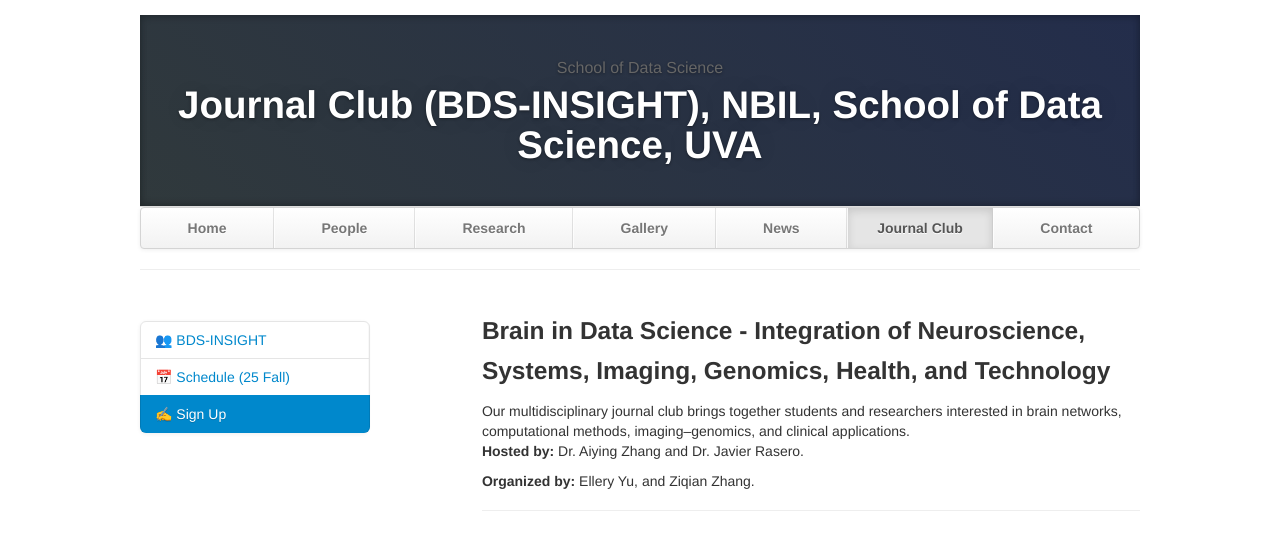
Repository: nbillab/nbillab.io
Page: journalclub.html
The author's editor kept a copy of each file at every save. The page is drawn from the files as they stood at one save, then again after the next save.
The browser window is 1280 px wide. The pictures show the part of the page from y = 0 to 541 px (the page is 1232 px tall before and 1242 px after).
Pictures or frames that could not be fetched are drawn as grey boxes.

Above is the page before, as saved 2025-09-09 12:16:09.

### journalclub.html
<!DOCTYPE html>
<html lang="en">
<head>
  <meta charset="utf-8">
  <title>NBIL Journal Club</title>
  <meta name="viewport" content="width=device-width, initial-scale=1.0">
  <meta name="description" content="INSIGHT READING GROUP, Journal Club, School of Data Science, University of Virginia">
  <meta name="author" content="">
  <!-- Le styles (keeping your Bootstrap 2.x includes) -->
  <link href="css/bootstrap.min.css" rel="stylesheet">
  <link href="css/bootstrap-responsive.min.css" rel="stylesheet">
  <link href="css/theme.css" rel="stylesheet">
  <style>
    /* Simple calendar-like schedule cards */
    .calendar-grid {
      display: grid;
      grid-template-columns: repeat(auto-fill, minmax(260px, 1fr));
      gap: 16px;
    }
    .cal-card {
      border: 1px solid #e5e5e5;
      border-radius: 8px;
      padding: 14px;
      box-shadow: 0 1px 2px rgba(0,0,0,0.05);
      background: #fff;
    }
    .cal-date {
      font-size: 22px;
      font-weight: bold;
      margin-bottom: 6px;
    }
    .cal-dow {
      font-size: 13px;
      text-transform: uppercase;
      letter-spacing: 0.04em;
      color: #666;
      margin-bottom: 8px;
    }
    .cal-time {
      font-size: 14px;
      margin-bottom: 6px;
    }
    .cal-loc {
      font-size: 14px;
      color: #333;
      margin-bottom: 8px;
    }
    .label-note {
      display: inline-block;
      padding: 2px 6px;
      font-size: 12px;
      border-radius: 4px;
      background: #f5f5f5;
      color: #555;
    }
    .hero-title {
      margin-bottom: 6px;
    }
    .lead.tiny {
      font-size: 16px;
      color: #666;
    }
    .ics-box {
      margin: 14px 0 4px;
    }
  </style>
</head>
<body>
  <div class="container">
    <header class="jumbotron subhead" id="overview">
      <p class="lead tiny">School of Data Science</p>
      <h1 class="hero-title">Journal Club (BDS-INSIGHT), NBIL, School of Data Science, UVA</h1>

    </header>

    <div class="masthead">
      <div class="navbar">
        <div class="navbar-inner">
                  <div class="container">
                     <ul class="nav">
                        <li><a href="index.html">Home</a></li>
                        <li><a href="people.html">People</a></li>
                        <li><a href="research.html">Research</a></li>
                        <!-- <li><a href="publications.html"> Publications</a></li> -->
                        <li><a href="gallery.html">Gallery</a></li>
                        <li><a href="news.html">News</a></li>
                        <li class="active"><a href="#">Journal Club</a></li>
                        <li><a href="contact.html">Contact</a></li>
                     </ul>
          </div>
        </div>
      </div>
    </div>

    <hr>

    <div class="row-fluid">
      <div class="span3 bs-docs-sidebar" id="navparent">
        <ul class="nav nav-list bs-docs-sidenav" data-spy="affix" data-offset-top="200" data-offset-bottom="260">
          <li><a href="#people"> 👥 BDS-INSIGHT </a></li>
          <li><a href="#schedule"> 📅 Schedule (25 Fall)</a></li>
          <li><a href="#join"> ✍️ Sign Up</a></li>
        </ul>
      </div>

      <div class="span8 offset1">
                <!-- People -->
        <section id="people">
          <div class="page-header">
            <h3>Brain in Data Science - Integration of Neuroscience, Systems, Imaging, Genomics, Health, and Technology</h3>
            Our multidisciplinary journal club brings together students and researchers interested in brain networks, computational methods, imaging–genomics, and clinical applications.

            <p><strong>Hosted by:</strong> Dr. Aiying Zhang and Dr. Javier Rasero.</p>
            <p><strong>Organized by:</strong> Ellery Yu, and Ziqian Zhang.</p>


          </div>
    </section>
        <!-- Schedule -->
        <section id="schedule">
    <iframe src="https://docs.google.com/spreadsheets/d/e/2PACX-1vSVQB3xoKHrnLygCcXB85U-YM0kHFwavnJdTTo_OR9hw6Fd5q5EcDwEGi-TJyHlpONp1Yk9n-cgc2TP/pubhtml?widget=true&amp;headers=false"width="100%"
    height="300"
    frameborder="0"></iframe>

        </section>

        <!-- Join -->
        <section id="join">
          <div class="page-header">
            <h3>Join</h3>
            <p>If you are intersted to join, please fill out <a href="https://qualtricsxmcvrkftkvw.qualtrics.com/jfe/form/SV_78xxr7nf5ICSLoa">this form</a> to sign up as a presenter or attendee.</p>
          </div>
        </section>

      </div>
    </div>
  </div>

      <footer id="footer">
         <div class="container-fluid">
            <div class="row-fluid">
               <div class="span5">
                  <h3>Contact Information</h3>
                  <p><b>Office Hours: </b>Monday-Friday (8.00am - 5.00pm)</p>
                  <a href="mailto:xsa5db@virginia.edu">Email</a>
               </div>
               <div class="span2">
                  <a href="https://datascience.virginia.edu/"><img src = "images/UVA.png" alt="research-lab-logo"/></a>
               </div>
               <div class="span5">
                  <h3>Address</h3>
                  <p>1919 Ivy Road<br>
                     Charlottesville, VA<br>
                     USA 22902
                  </p>
                  <a href="http://maps.google.com/">Show Map</a>
               </div>
            </div>
         </div>
      </footer>


  <!-- Le javascript
  ================================================== -->
  <script src="js/jquery-1.9.1.min.js"></script>
  <script src="js/bootstrap.min.js"></script>
  <script>
    $(document).ready(function() {
      $(document.body).scrollspy({ target: "#navparent" });
    });
  </script>
</body>
</html>

### css/theme.css
body {
	padding-top: 15px;
	padding-bottom: 0px;
}


/* Custom container */

.container {
	margin: 0 auto;
	max-width: 1000px;
}

.container>hr {
	margin: 20px 0
}


/* Customize the navbar links to be fill the entire space of the .navbar */

.navbar .navbar-inner {
	padding: 0
}

.navbar .nav {
	margin: 0;
	display: table;
	width: 100%;
}

.navbar .nav li {
	display: table-cell;
	width: 1%;
	float: none;
}

.navbar .nav li a {
	font-weight: bold;
	text-align: center;
	border-left: 1px solid rgba(255, 255, 255, .75);
	border-right: 1px solid rgba(0, 0, 0, .1);
}

.navbar .nav li:first-child a {
	border-left: 0;
	border-radius: 3px 0 0 3px;
}

.navbar .nav li:last-child a {
	border-right: 0;
	border-radius: 0 3px 3px 0;
}

body>.navbar {
	font-size: 13px
}


/* Change the docs' brand */

body>.navbar .brand {
	padding-right: 0;
	padding-left: 0;
	margin-left: 20px;
	float: right;
	font-weight: bold;
	color: #F9DCBF;
	text-shadow: 0 1px 0 rgba(255, 255, 255, .1), 0 0 30px rgba(255, 255, 255, .125);
	-webkit-transition: all .2s linear;
	-moz-transition: all .2s linear;
	transition: all .2s linear;
}

body>.navbar .brand:hover {
	text-decoration: none;
	text-shadow: 0 1px 0 rgba(255, 255, 255, .1), 0 0 30px rgba(255, 255, 255, .4);
}


/* Sidenav for Docs
         -------------------------------------------------- */

@media screen and (max-width: 768px) {
	.bs-docs-sidenav {
		display: none !important;
	}
}

.bs-docs-sidenav {
	width: 228px;
	margin: 30px 0 0;
	padding: 0;
	background-color: #fff;
	-webkit-border-radius: 6px;
	-moz-border-radius: 6px;
	border-radius: 6px;
	-webkit-box-shadow: 0 1px 4px rgba(0, 0, 0, .065);
	-moz-box-shadow: 0 1px 4px rgba(0, 0, 0, .065);
	box-shadow: 0 1px 4px rgba(0, 0, 0, .065);
}

.bs-docs-sidenav>li>a {
	display: block;
	width: 200px;
	margin: 0 0 -1px;
	padding: 8px 14px;
	border: 1px solid #e5e5e5;
}

.bs-docs-sidenav>li>a.subhead {
	display: block;
	width: 168px;
	margin: 0 0 -1px;
	padding: 8px 30px;
	border: 1px solid #e5e5e5;
	font-size: 12px;
}

.bs-docs-sidenav>li:first-child>a {
	-webkit-border-radius: 6px 6px 0 0;
	-moz-border-radius: 6px 6px 0 0;
	border-radius: 6px 6px 0 0;
}

.bs-docs-sidenav>li:last-child>a {
	-webkit-border-radius: 0 0 6px 6px;
	-moz-border-radius: 0 0 6px 6px;
	border-radius: 0 0 6px 6px;
}

.bs-docs-sidenav>.active>a {
	position: relative;
	z-index: 2;
	padding: 9px 15px;
	border: 0;
	text-shadow: 0 1px 0 rgba(0, 0, 0, .15);
	-webkit-box-shadow: inset 1px 0 0 rgba(0, 0, 0, .1), inset -1px 0 0 rgba(0, 0, 0, .1);
	-moz-box-shadow: inset 1px 0 0 rgba(0, 0, 0, .1), inset -1px 0 0 rgba(0, 0, 0, .1);
	box-shadow: inset 1px 0 0 rgba(0, 0, 0, .1), inset -1px 0 0 rgba(0, 0, 0, .1);
}

.bs-docs-sidenav>li>a:hover {
	background-color: #f5f5f5
}

.bs-docs-sidenav a:hover .icon-chevron-right {
	opacity: .5
}

.bs-docs-sidenav.affix {
	top: 10px
}

.bs-docs-sidenav.affix-bottom {
	position: absolute;
	top: auto;
	bottom: 270px;
}


/* Responsive
         -------------------------------------------------- */

.affix {
	top: 0px
}

#media {
	margin-top: 70px
}

#media .header {
	margin-left: 0;
	margin-bottom: 56px;
	margin-top: 30px;
}

#media .post_row {
	margin-left: 0;
	margin-bottom: 40px;
}

#media .lastpost_row {
	margin-bottom: 0
}

#media .post_row .post {
	background: #fff;
	/*margin-left: 0;;
    margin-right: 20px;*/
	border-radius: 4px;
	box-shadow: 1px 1px 2px 0px #E0E0E0;
	width: 487px;
	height: 616px;
}

#media .post_row .last {
	margin-right: 0
}

#media .post_row .post .img {
	position: relative;
	text-align: center;
}

#media .post_row .post .img .date {
	background: #E8554E;
	position: absolute;
	padding: 2px 5px;
	top: 0;
	left: 11px;
}

#media .post_row .post .img .date p {
	color: #fff;
	font-size: 14px;
	font-weight: bold;
	font-style: italic;
	margin: 0;
}

#media .post_row .post .img img {
	height: 275px;
	width: 410px;
}

#media .post_row .post .text {
	margin: 18px auto 0;
	width: 83%;
}

#media .post_row .post .text h5 {
	margin: 0 0 8px 0;
	font-size: 20px;
	line-height: 23px;
}

#media .post_row .post .text h5 a {
	color: #333
}

#media .post_row .post .text span.date {
	color: #9F9F9F;
	display: block;
	margin-bottom: 12px;
	font-style: italic;
	font-size: 13px;
}

#media .post_row .post .text p {
	margin: 0;
	line-height: 21px;
	font-size: 14px;
}

#media .post_row .post .author_box {
	margin: 12px auto 20px;
	border-top: 1px solid #EDEDED;
	overflow: hidden;
	text-align: left;
	width: 85%;
	padding-top: 12px;
}

#media .post_row .post .author_box h6 {
	margin: 0 0 3px 0;
	font-size: 13px;
	line-height: 15px;
	font-style: italic;
	font-weight: normal;
	color: #B2B2B2;
}

#media .post_row .post .author_box p {
	color: #B2B2B2;
	font-style: italic;
	font-size: 13px;
	line-height: 14px;
	margin: 0;
}

#media .post_row .post .author_box img {
	float: right
}

#media .post_row .post a.plus_wrapper {
	width: 99%;
	text-align: center;
	background: #fff;
	display: none;
	border-radius: 0px 0px 4px 4px;
	padding: 6px 0px 2px;
	margin: 0 auto 1px;
}

#media .post_row .post a.plus_wrapper span {
	color: #1189D9;
	font-size: 30px;
	font-weight: bold;
}

#media .post_row .post:hover a.plus_wrapper {
	display: block
}

#media .post_row .post:hover {
	box-shadow: 0px 1px 5px 1px rgb(216, 216, 216)
}

#media .post_row .post:hover .text h5 a {
	color: #1189D9
}

.map .box_wrapp {
	position: absolute;
	margin: 15px auto;
	box-shadow: 0 0 7px 0 rgba(26, 26, 26, 0.4);
	padding: 30px 0 30px;
	background: white;
	border-radius: 4px;
	margin-top: 25px;
}

.map .box_wrapp .box_cont {
	margin: 30px auto;
	width: 76%;
}

.section-header {
	text-align: center;
	margin-bottom: 35px;
}

.section-header h1,
.title-text {
	font-weight: bold;
	font-size: 30px;
	margin: 12.5px 0;
	font-weight: 100;
	margin-bottom: 25px;
	line-height: 55px;
}

.feature-item:hover {
	box-shadow: 0px 1px 5px 1px rgb(216, 216, 216)
}

.feature-item img {
	margin-left: 15px;
	margin-right: 15px;
	max-width: 90%;
	height: 200px;
}

.feature-item h5 {
	margin-left: 15px;
	margin-right: 15px;
	margin-top: 20px;
	margin-bottom: 20px;
}

.feature-item p {
	margin-left: 15px;
	margin-right: 15px;
}

.feature-heading {
	margin-top: 20px;
	margin-bottom: 20px;
	margin-left: 15px;
	margin-right: 15px;
}

.feature-heading a:hover {
	text-decoration: none;
}

.feature-button {
	font-size: 16px;
	background-image: none;
	box-shadow: none;
	margin-bottom: 10px;
}

.centered {
	text-align: center;
}

.subhead {
	text-align: left;
	border-bottom: 1px solid #ddd;
}

.jumbotron {
	position: relative;
	padding: 45px 0px 35px 0px;
	color: #fff;
	text-align: center;
	text-shadow: 0 1px 3px rgba(0, 0, 0, .4), 0 0 30px rgba(0, 0, 0, .075);
	background: #30393C;
	background: -moz-linear-gradient(45deg, #30393C 0%, #232D4B 100%);
	background: -webkit-gradient(linear, left bottom, right top, color-stop(0%, #30393C), color-stop(100%, #30393C));
	background: -webkit-linear-gradient(45deg, #30393C 0%, #232D4B 100%);
	background: -o-linear-gradient(45deg, #30393C 0%, #232D4B 100%);
	background: -ms-linear-gradient(45deg, #30393C 0%, #232D4B 100%);
	background: linear-gradient(45deg, #30393C 0%, #232D4B 100%) repeat;
	-webkit-box-shadow: inset 0 3px 7px rgba(0, 0, 0, .2), inset 0 -3px 7px rgba(0, 0, 0, .2);
	-moz-box-shadow: inset 0 3px 7px rgba(0, 0, 0, .2), inset 0 -3px 7px rgba(0, 0, 0, .2);
	box-shadow: inset 0 3px 7px rgba(0, 0, 0, .2), inset 0 -3px 7px rgba(0, 0, 0, .2);
}

.jumbotron:after {
	content: '';
	display: block;
	position: absolute;
	top: 0;
	right: 0;
	bottom: 0;
	left: 0;
	opacity: .4;
}

.lead {
	margin-bottom: 0px;
	font-size: 21px;
	font-weight: 200;
	line-height: 15px;
}

img.float-left {
	float: left;
	margin-top: 9px;
	margin-left: 0px;
	margin-right: 30px;
	margin-bottom: 12px;
}

img.float-right {
	float: right;
	margin-top: 9px;
	margin-right: 0px;
	margin-bottom: 12px;
	margin-left: 30px;
}

img.publications-thumb {
	width: 142px;
	height: 188px;
}

.caption {
	margin: 10px;
}

.responsive-video {
	position: relative;
	padding-bottom: 56.25%;
	padding-top: 60px;
	overflow: hidden;
}

.responsive-video iframe,
.responsive-video object,
.responsive-video embed {
	position: absolute;
	top: 0;
	left: 0;
	width: 93.5%;
	height: 93.5%;
}

.video-caption {
	margin: 10px;
}

.accordion {
	margin-bottom: 20px;
	margin-right: 40px;
}

.thumbnail>img.sponsor {
	width: 212px;
	height: 150px;
}

img.carousel-image {
	width: 100%;
}

li.publication {
	margin-bottom: 20px;
}

.page-header h3 a:hover {
	text-decoration: none;
}

iframe.map-frame {
	border: none;
	overflow: hidden;
	margin-top: 10px;
	margin-bottom: 10px;
	margin-left: 0px;
	margin-right: 0px;
	height: 550px;
	width: 100%;
}

ul.sponsors {
	margin-top: 40px;
	margin-bottom: 40px;
}

#footer {
	z-index: 10;
	margin-top: 50px;
	margin-bottom: 0px;
	padding-bottom: 25px;
	border-top-width: 8px;
	border-top-style: solid;
	border-top-color: #232D4B;
	background-color: #232D4B;
	border: 0;
	font-size: 100%;
	font: inherit;
	vertical-align: baseline;
	text-align: center;
}

#footer h3 {
	font-size: 19px;
	text-transform: uppercase;
	font-family: BebasNeueRegular;
	color: #8DBECE;
	border-bottom-width: 1px;
	border-bottom-style: solid;
	border-bottom-color: #30393C;
	line-height: 35px;
	margin-bottom: 20px;
	margin-top: 25px;
	font-weight: normal;
}

#footer a img {
	margin-top: 40px;
}

#footer p,
#footer address {
	color: #8F8F8F;
	font-size: 11px;
}

Loaded but not shown: css/bootstrap.min.css (library); css/bootstrap-responsive.min.css (library); js/jquery-1.9.1.min.js (library); js/bootstrap.min.js (library)

After the next save:
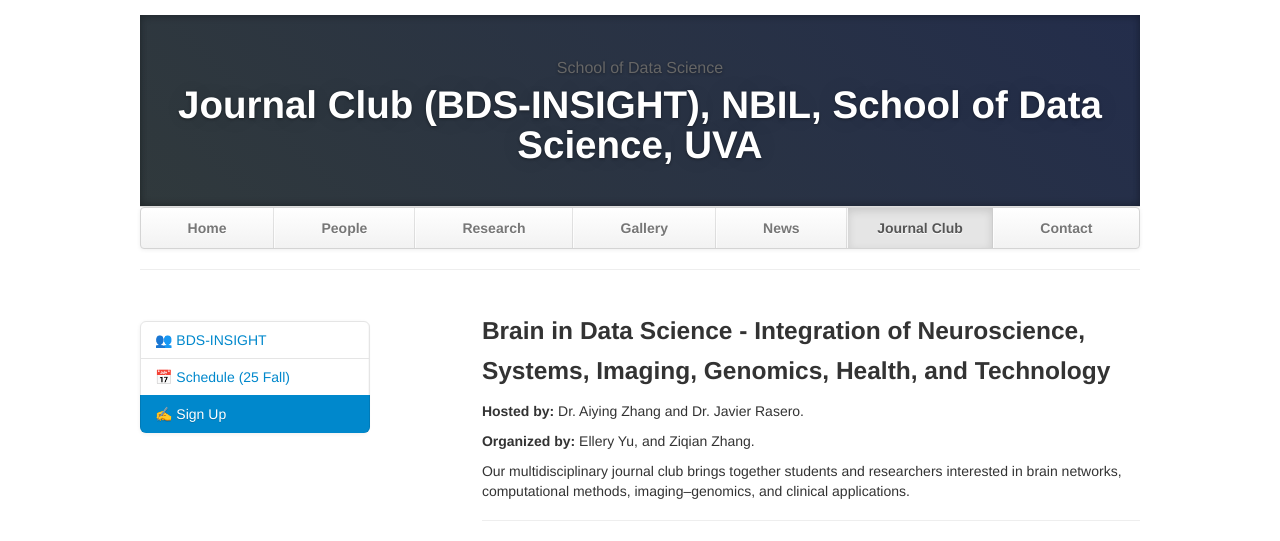
Saved 51 s later.
--- a/journalclub.html
+++ b/journalclub.html
@@ -108,10 +108,10 @@
         <section id="people">
           <div class="page-header">
             <h3>Brain in Data Science - Integration of Neuroscience, Systems, Imaging, Genomics, Health, and Technology</h3>
-            Our multidisciplinary journal club brings together students and researchers interested in brain networks, computational methods, imaging–genomics, and clinical applications.
-
             <p><strong>Hosted by:</strong> Dr. Aiying Zhang and Dr. Javier Rasero.</p>
             <p><strong>Organized by:</strong> Ellery Yu, and Ziqian Zhang.</p>
+            <p>Our multidisciplinary journal club brings together students and researchers interested in brain networks, computational methods, imaging–genomics, and clinical applications.</p>
+
 
 
           </div>
